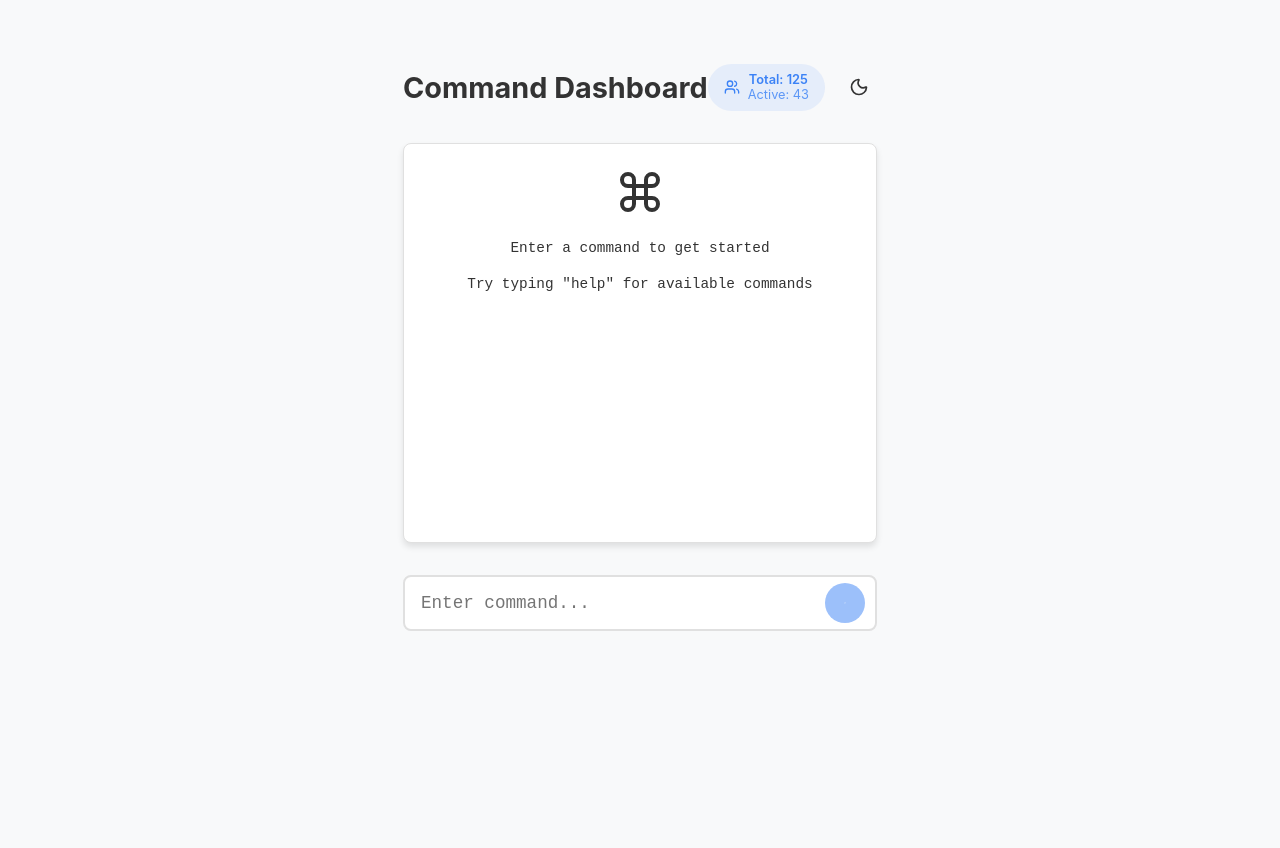
Repository: nipuntaneja05/Discord-role-bot
Page: / (app in frontend/)
The author's editor kept a copy of each file at every save. The page is drawn from the files as they stood at one save, then again after the next save.
The browser window is 1280 px wide. The pictures show the whole page.
The project was rebuilt for these pictures with package versions that can differ from the ones it lists, and the page was loaded fresh each time. Also part of the build but not shown: frontend/vite.config.js, frontend/src/App.jsx.

Above is the page before, as saved 2025-03-11 20:11:46.

### frontend/src/main.jsx
import { StrictMode } from 'react'
import { createRoot } from 'react-dom/client'
import './index.css'
import App from './App.jsx'
import Dashboard from './components/Dashboard.jsx'

createRoot(document.getElementById('root')).render(
  <StrictMode>
    <Dashboard />
  </StrictMode>,
)

### frontend/src/components/Dashboard.jsx
"use client";

import { useState, useRef, useEffect } from "react";
import { Command, Send, Users, Moon, Sun } from "lucide-react";
import "./Dashboard.css";

export default function Dashboard() {
  const [command, setCommand] = useState("");
  const [outputs, setOutputs] = useState([]);
  const [totalUsers, setTotalUsers] = useState(125);
  const [activeUsers, setActiveUsers] = useState(42);
  const [darkMode, setDarkMode] = useState(false);
  const outputRef = useRef(null);

  useEffect(() => {
    if (darkMode) {
      document.body.classList.add("dark");
    } else {
      document.body.classList.remove("dark");
    }
  }, [darkMode]);

  const toggleDarkMode = () => {
    setDarkMode(!darkMode);
  };

  const processCommand = (cmd) => {
    if (!cmd.trim()) return;

    const responses = {
      help: "Available commands: help, clear, status, users",
      clear: "Clearing output...",
      status: "All systems operational",
      users: `Total users: ${totalUsers}, Active users: ${activeUsers}`,
      theme: `Theme switched to ${darkMode ? "dark" : "light"} mode`,
    };

    const output = responses[cmd.toLowerCase()] || `Command '${cmd}' not recognized`;

    const newOutput = {
      id: Date.now().toString(),
      command: cmd,
      output,
      timestamp: new Date(),
    };

    setOutputs((prev) => [...prev, newOutput]);
    setCommand("");

    if (cmd.toLowerCase() === "clear") {
      setTimeout(() => {
        setOutputs([]);
      }, 500);
    }
  };

  const handleSubmit = (e) => {
    e.preventDefault();
    processCommand(command);
  };

  useEffect(() => {
    const interval = setInterval(() => {
      setActiveUsers((prev) => {
        const change = Math.floor(Math.random() * 5) - 2;
        return Math.max(1, prev + change);
      });
    }, 5000);

    return () => clearInterval(interval);
  }, []);

  useEffect(() => {
    if (outputRef.current) {
      outputRef.current.scrollTop = outputRef.current.scrollHeight;
    }
  }, [outputs]);

  return (
    <div className={`dashboard-container ${darkMode ? "dark" : ""}`}>
      <div className="dashboard-header">
        <h1>Command Dashboard</h1>
        <div className="user-stats">
          <div className="user-counter">
            <Users size={16} />
            <div className="user-numbers">
              <div className="total-users">Total: {totalUsers}</div>
              <div className="active-users">Active: {activeUsers}</div>
            </div>
          </div>
          <button className="theme-toggle" onClick={toggleDarkMode}>
            {darkMode ? <Sun size={20} /> : <Moon size={20} />}
          </button>
        </div>
      </div>
      <div className="output-card">
        <div ref={outputRef} className="output-display">
          {outputs.length === 0 ? (
            <div className="empty-state">
              <Command size={48} />
              <p>Enter a command to get started</p>
              <p className="hint">Try typing "help" for available commands</p>
            </div>
          ) : (
            outputs.map((item) => (
              <div key={item.id} className="output-item">
                <div className="command-line">
                  <span className="prompt">$</span>
                  <span className="command-text">{item.command}</span>
                  <span className="timestamp">{item.timestamp.toLocaleTimeString()}</span>
                </div>
                <div className="response-text">{item.output}</div>
              </div>
            ))
          )}
        </div>
      </div>
      <form onSubmit={handleSubmit} className="command-form">
        <div className="input-container">
          <input
            value={command}
            onChange={(e) => setCommand(e.target.value)}
            placeholder="Enter command..."
            className="command-input"
            autoComplete="off"
          />
          <button
            type="submit"
            className={`submit-button ${!command.trim() ? "disabled" : ""}`}
            disabled={!command.trim()}
          >
            <Send size={16} />
          </button>
        </div>
      </form>
    </div>
  );
}

### frontend/src/components/Dashboard.css
/* Base styles */
:root {
    --bg-color: #f8f9fa;
    --text-color: #333;
    --card-bg: #fff;
    --border-color: #e0e0e0;
    --primary-color: #3b82f6;
    --primary-hover: #2563eb;
    --secondary-color: #6b7280;
    --accent-color: #f3f4f6;
    --input-bg: #fff;
    --shadow-color: rgba(0, 0, 0, 0.1);
    --empty-icon-color: #d1d5db;
    --transition-speed: 0.3s;
  }

  .dark {
    --bg-color: #1a1a1a;
    --text-color: #e0e0e0;
    --card-bg: #2a2a2a;
    --border-color: #3a3a3a;
    --primary-color: #3b82f6;
    --primary-hover: #60a5fa;
    --secondary-color: #9ca3af;
    --accent-color: #374151;
    --input-bg: #333;
    --shadow-color: rgba(0, 0, 0, 0.3);
    --empty-icon-color: #4b5563;
  }

  body {
    margin: 0;
    padding: 0;
    font-family: -apple-system, BlinkMacSystemFont, "Segoe UI", Roboto, Oxygen, Ubuntu, Cantarell, "Open Sans", "Helvetica Neue", sans-serif;
    background-color: var(--bg-color);
    color: var(--text-color);
    transition: background-color var(--transition-speed), color var(--transition-speed);
  }

  /* Dashboard container */
  .dashboard-container {
    max-width: 1000px;
    margin: 0 auto;
    padding: 2rem;
    min-height: 100vh;
  }

  /* Header styles */
  .dashboard-header {
    display: flex;
    justify-content: space-between;
    align-items: center;
    margin-bottom: 2rem;
  }

  .dashboard-header h1 {
    font-size: 1.8rem;
    margin: 0;
  }

  .user-stats {
    display: flex;
    align-items: center;
    gap: 1rem;
  }

  .user-counter {
    display: flex;
    align-items: center;
    gap: 0.5rem;
    background-color: rgba(59, 130, 246, 0.1);
    color: var(--primary-color);
    padding: 0.5rem 1rem;
    border-radius: 2rem;
    animation: pulse 2s infinite;
  }

  .user-numbers {
    display: flex;
    flex-direction: column;
    font-size: 0.8rem;
    line-height: 1.2;
  }

  .total-users {
    font-weight: 600;
  }

  .active-users {
    opacity: 0.8;
  }

  .theme-toggle {
    background: none;
    border: none;
    color: var(--text-color);
    cursor: pointer;
    padding: 0.5rem;
    border-radius: 50%;
    display: flex;
    align-items: center;
    justify-content: center;
    transition: background-color var(--transition-speed);
  }

  .theme-toggle:hover {
    background-color: var(--accent-color);
  }

  /* Output card styles */
  .output-card {
    background-color: var(--card-bg);
    border: 1px solid var(--border-color);
    border-radius: 0.5rem;
    box-shadow: 0 4px 6px var(--shadow-color);
    margin-bottom: 2rem;
    overflow: hidden;
    transition: background-color var(--transition-speed), border-color var(--transition-speed);
  }

  .output-display {
    height: 350px;
    overflow-y: auto;
    padding: 1.5rem;
    font-family: "Courier New", Courier, monospace;
    font-size: 0.9rem;
  }

  /* Command form styles */
  .command-form {
    position: relative;
  }

  .input-container {
    position: relative;
    display: flex;
  }

  .command-input {
    width: 100%;
    padding: 1rem 3.5rem 1rem 1rem;
    font-size: 1.1rem;
    border: 2px solid var(--border-color);
    border-radius: 0.5rem;
    background-color: var(--input-bg);
    color: var(--text-color);
    font-family: "Courier New", Courier, monospace;
    transition: border-color var(--transition-speed), background-color var(--transition-speed);
  }

  .command-input:focus {
    outline: none;
    border-color: var(--primary-color);
    box-shadow: 0 0 0 3px rgba(59, 130, 246, 0.2);
  }

  .submit-button {
    position: absolute;
    right: 0.75rem;
    top: 50%;
    transform: translateY(-50%);
    background-color: var(--primary-color);
    color: white;
    border: none;
    border-radius: 50%;
    width: 2.5rem;
    height: 2.5rem;
    display: flex;
    align-items: center;
    justify-content: center;
    cursor: pointer;
    transition: background-color var(--transition-speed);
  }

  .submit-button:hover {
    background-color: var(--primary-hover);
  }

  .submit-button.disabled {
    opacity: 0.5;
    cursor: not-allowed;
  }

Loaded but not shown: frontend/index.html (common file); frontend/src/index.css (common file); frontend/src/App.css (common file)

After the next save:
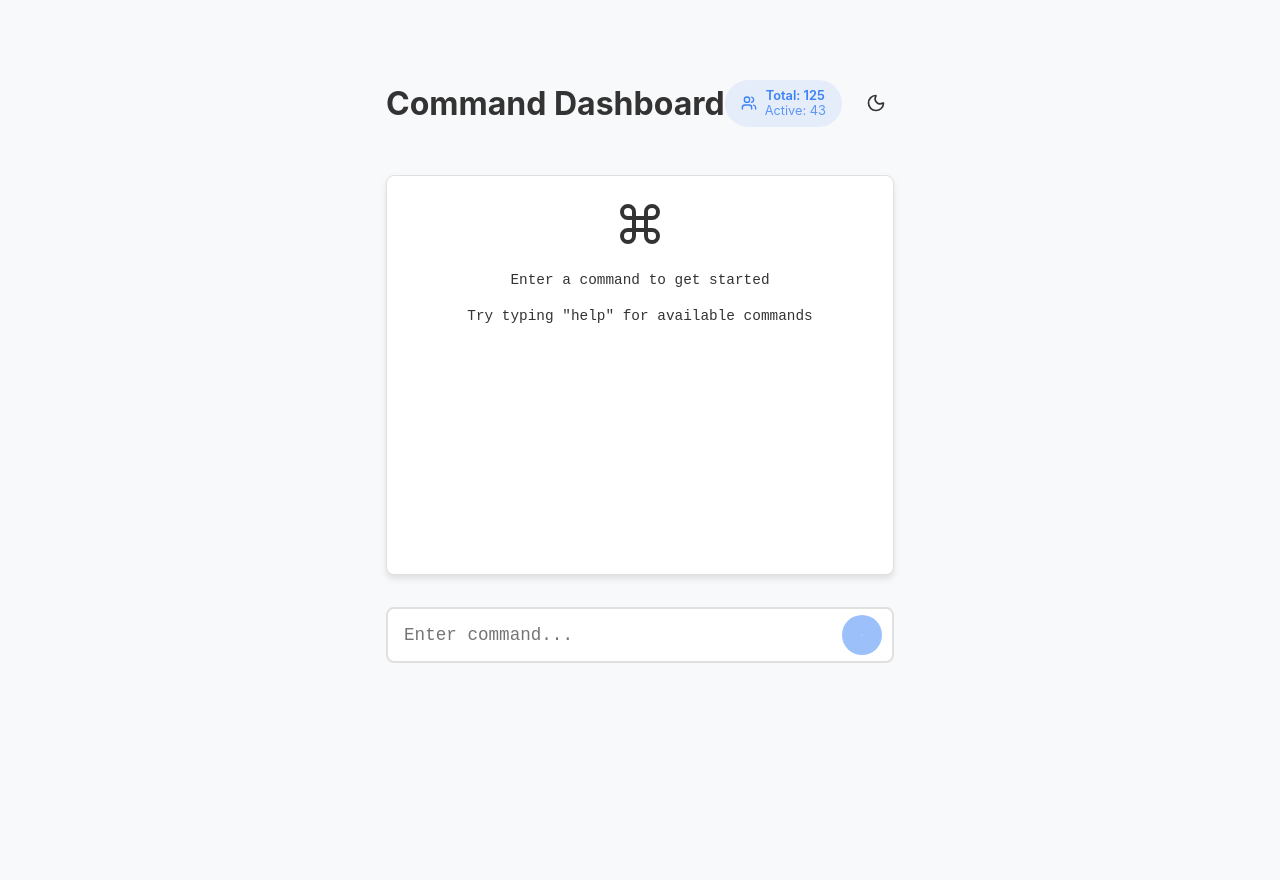
Saved 4 min 5 s later.
--- a/frontend/src/components/Dashboard.css
+++ b/frontend/src/components/Dashboard.css
@@ -12,9 +12,9 @@
     --shadow-color: rgba(0, 0, 0, 0.1);
     --empty-icon-color: #d1d5db;
     --transition-speed: 0.3s;
-  }
+}
 
-  .dark {
+.dark {
     --bg-color: #1a1a1a;
     --text-color: #e0e0e0;
     --card-bg: #2a2a2a;
@@ -26,38 +26,37 @@
     --input-bg: #333;
     --shadow-color: rgba(0, 0, 0, 0.3);
     --empty-icon-color: #4b5563;
-  }
+}
 
-  body {
+body {
     margin: 0;
     padding: 0;
     font-family: -apple-system, BlinkMacSystemFont, "Segoe UI", Roboto, Oxygen, Ubuntu, Cantarell, "Open Sans", "Helvetica Neue", sans-serif;
     background-color: var(--bg-color);
     color: var(--text-color);
     transition: background-color var(--transition-speed), color var(--transition-speed);
-  }
+}
 
-  /* Dashboard container */
-  .dashboard-container {
-    max-width: 1000px;
+/* Dashboard container */
+.dashboard-container {
+    max-width: 1400px; /* Increased max-width for wider layout */
     margin: 0 auto;
-    padding: 2rem;
+    padding: 3rem; /* Increased padding for better spacing */
     min-height: 100vh;
-  }
+}
 
-  /* Header styles */
-  .dashboard-header {
+/* Header styles */
+.dashboard-header {
     display: flex;
     justify-content: space-between;
     align-items: center;
-    margin-bottom: 2rem;
-  }
+    margin-bottom: 3rem; /* Increased margin for better spacing */
+}
 
-  .dashboard-header h1 {
-    font-size: 1.8rem;
+.dashboard-header h1 {
+    font-size: 2rem; /* Slightly larger font size */
     margin: 0;
-  }
-
+}
   .user-stats {
     display: flex;
     align-items: center;
